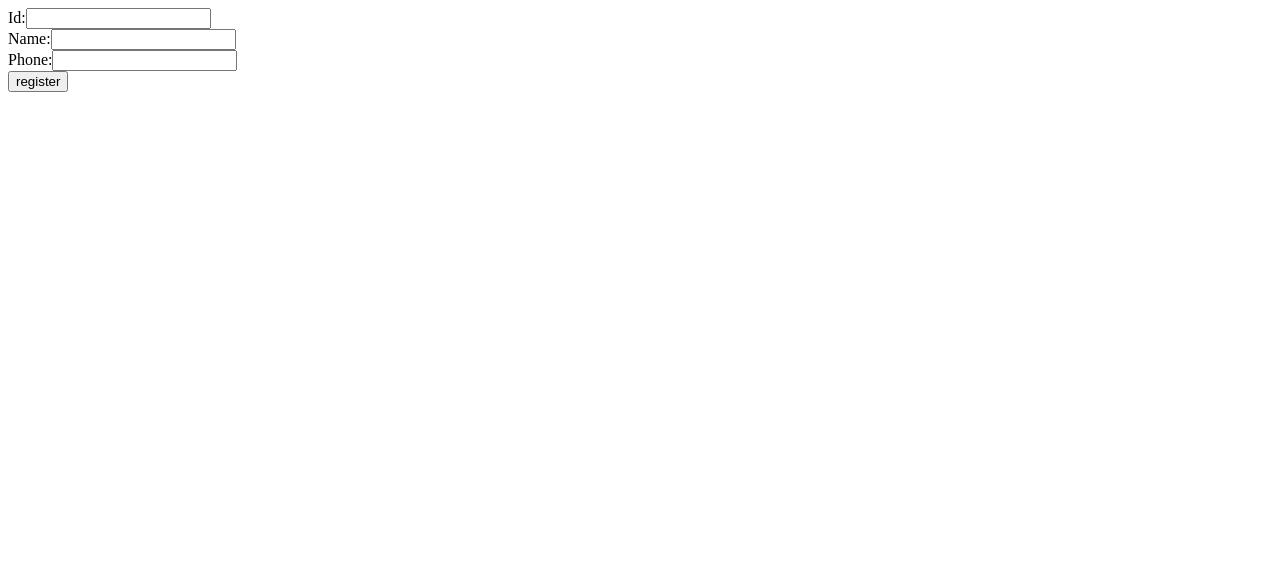
Repository: Akshay1416/Spring_MVC-Hiberneat-Project
Page: http://localhost/employee-mvc/register.jsp
An editor plug-in stored every save of this project. The page is shown before and after the next save, followed by the edit.
The browser window is 1280 px wide. The pictures show the whole page.
The page is served by Tomcat 9. Other server files are loaded and not shown.

Above is the page before, as saved 2024-10-15 13:54:09.

### employee-mvc/src/main/webapp/register.jsp
<%@ page language="java" contentType="text/html; charset=UTF-8"
    pageEncoding="UTF-8"%>
<!DOCTYPE html>
<html>
<head>
<meta charset="UTF-8">
<title>Insert title here</title>
</head>
<body>
	<form action="reg">
		Id:<input type="text" name="id"><br>
		Name:<input type="text" name="name"><br>
		Phone:<input type="text" name="phone"><br>
		<input type="submit" value="register">
	</form>
</body>
</html>

After the next save:
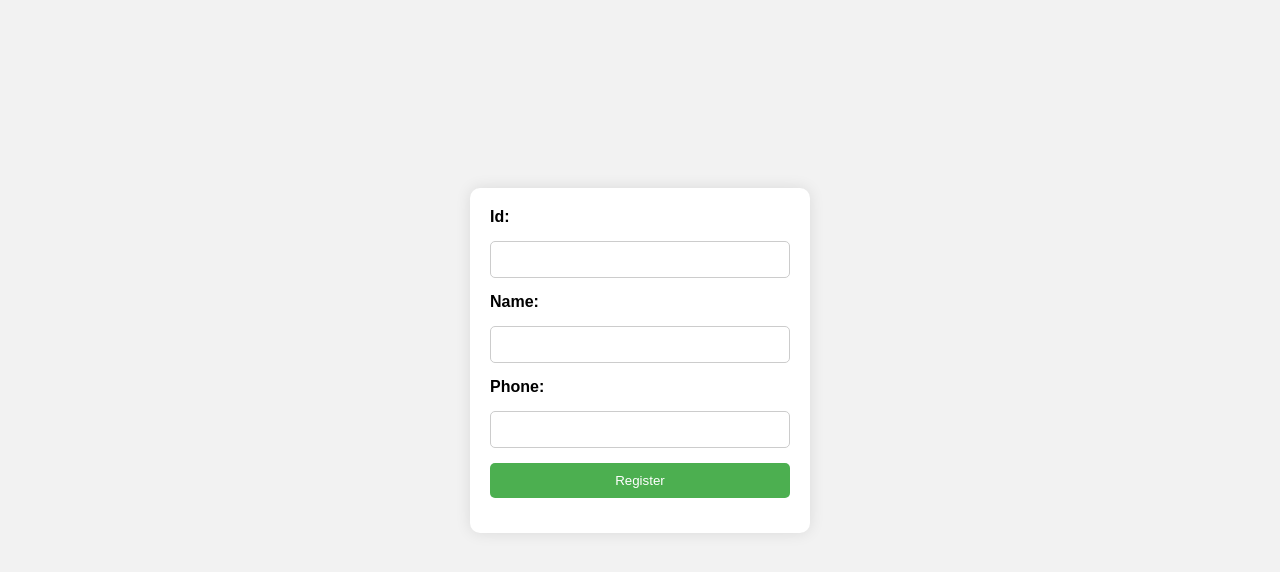
Saved 5 min 48 s later.
--- a/employee-mvc/src/main/webapp/register.jsp
+++ b/employee-mvc/src/main/webapp/register.jsp
@@ -5,13 +5,68 @@
 <head>
 <meta charset="UTF-8">
 <title>Insert title here</title>
+<style>
+        body {
+            font-family: Arial, sans-serif;
+            background-color: #f2f2f2;
+            display: flex;
+            justify-content: center;
+            align-items: center;
+            height: 100vh;
+            margin: 0;
+        }
+
+        form {
+            background-color: #fff;
+            padding: 20px;
+            border-radius: 10px;
+            box-shadow: 0 0 15px rgba(0, 0, 0, 0.1);
+            width: 300px;
+        }
+
+        label, input[type="text"], input[type="submit"] {
+            display: block;
+            width: 100%;
+            margin-bottom: 15px;
+        }
+
+        label {
+            font-weight: bold;
+        }
+
+        input[type="text"] {
+            padding: 10px;
+            border: 1px solid #ccc;
+            border-radius: 5px;
+            box-sizing: border-box;
+        }
+
+        input[type="submit"] {
+            padding: 10px;
+            background-color: #4CAF50;
+            color: white;
+            border: none;
+            border-radius: 5px;
+            cursor: pointer;
+        }
+
+        input[type="submit"]:hover {
+            background-color: #45a049;
+        }
+    </style>
 </head>
 <body>
 	<form action="reg">
-		Id:<input type="text" name="id"><br>
-		Name:<input type="text" name="name"><br>
-		Phone:<input type="text" name="phone"><br>
-		<input type="submit" value="register">
-	</form>
+        <label for="id">Id:</label>
+        <input type="text" id="id" name="id">
+
+        <label for="name">Name:</label>
+        <input type="text" id="name" name="name">
+
+        <label for="phone">Phone:</label>
+        <input type="text" id="phone" name="phone">
+
+        <input type="submit" value="Register">
+    </form>
 </body>
 </html>
